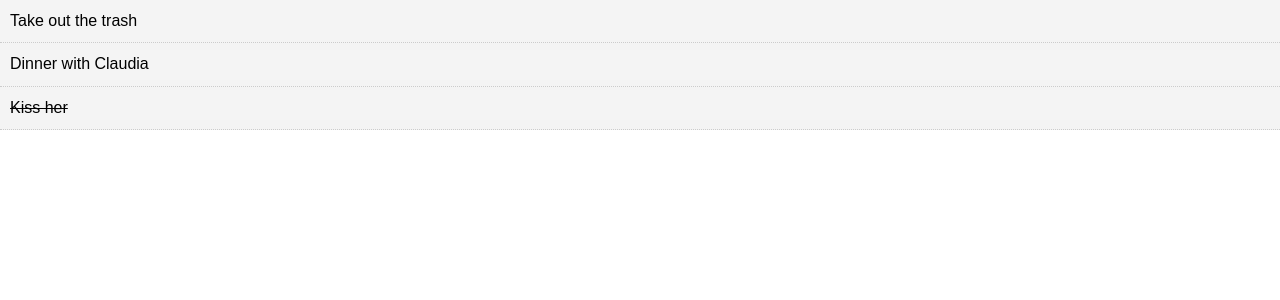
Repository: konstantin0s/todo-react
Page: /
The author's editor kept a copy of each file at every save. The page is drawn from the files as they stood at one save, then again after the next save.
The browser window is 1280 px wide. The pictures show the whole page.
The project was rebuilt for these pictures with package versions that can differ from the ones it lists, and the page was loaded fresh each time.

Above is the page before, as saved 2019-03-09 15:39:08.

After the next save:
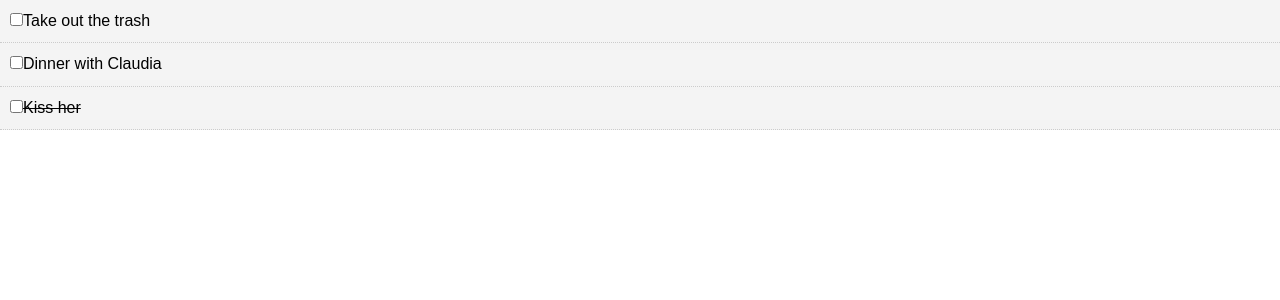
Saved 48 s later.
--- a/src/components/TodoItem.js
+++ b/src/components/TodoItem.js
@@ -16,7 +16,10 @@ class TodoItem extends Component {
   render() {
     return (
    <div style={this.getStyle()}>
-     <p>{this.props.todo.title}</p>
+     <p>
+       <input type="checkbox" />
+     {this.props.todo.title}
+     </p>
    </div>
     )
   }
